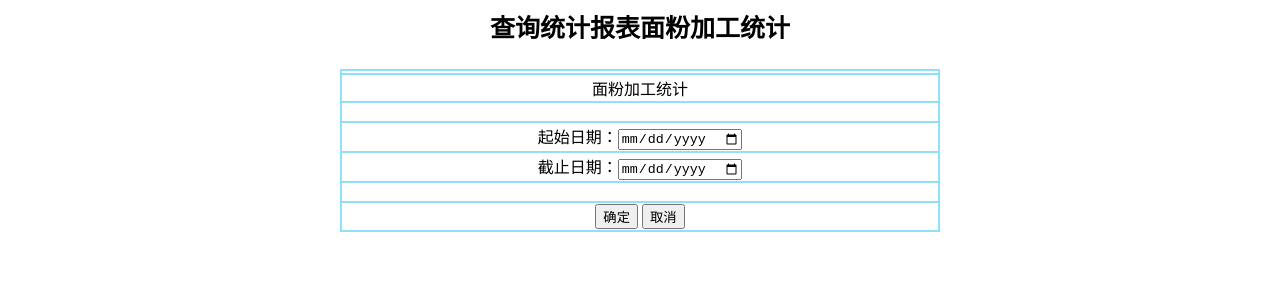
Repository: yuxingyan/OneCrewFlour
Page: http://localhost/Flour/inquireprocess.jsp
An editor plug-in stored every save of this project. The page is shown before and after the next save, followed by the edit.
The browser window is 1280 px wide. The pictures show the whole page.
The page is served by Tomcat 9. Nobody is signed in. The application's start-up code is not run.

Above is the page before, as saved 2018-01-11 07:11:07.

After the next save:
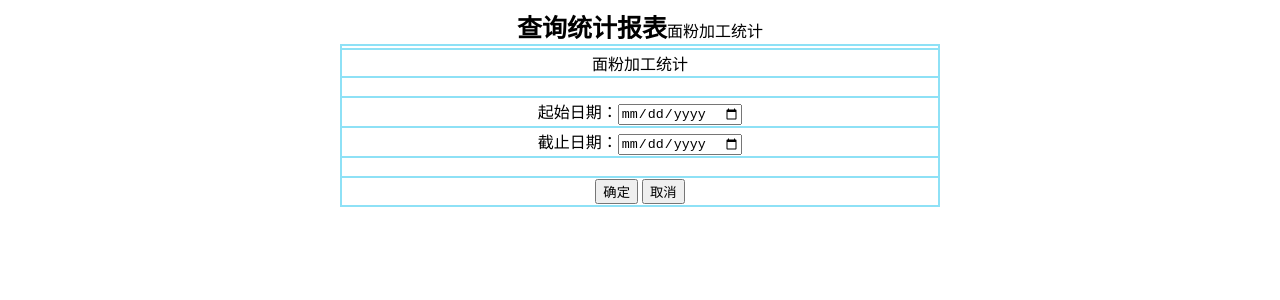
Saved 7 s later.
--- a/Flour/WebRoot/inquireprocess.jsp
+++ b/Flour/WebRoot/inquireprocess.jsp
@@ -51,7 +51,7 @@ String basePath = request.getScheme()+"://"+request.getServerName()+":"+request.
   <body>
     <center>
      <form  name="form1" id="form1" action="inquireprocess" method="post">
-    <strong style="font-size:25px">查询统计报表</b>面粉加工统计</p>
+    <strong style="font-size:25px">查询统计报表</strong>面粉加工统计
      <table border="1" width="600" cellspacing="0" bordercolor="#8EE1F6">
     <tr><td colspan="10" ></td></tr>
     <tr height="20px"><td align="center" colspan="4" >面粉加工统计</td></tr>
